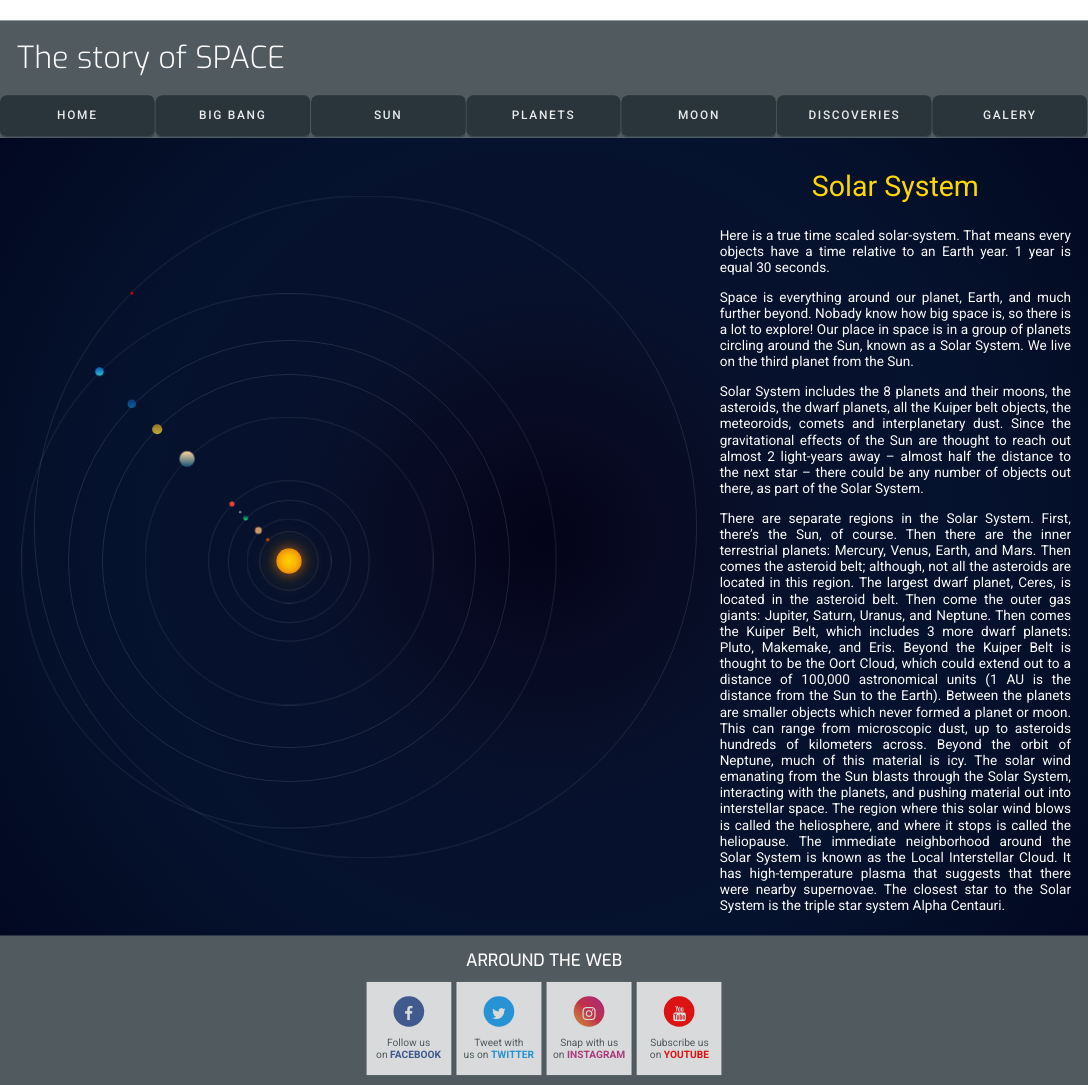
Repository: OlaQla/First-Milestones-Project
Page: index.html
The author's editor kept a record of every edit. The page is drawn from the files as they stood at one moment, then again after the next edit.
The browser window is 1280 px wide. The pictures show the whole page, at 85% of full size.
Some web libraries are served in a nearby version.

Above is the page before.

After the next edit:
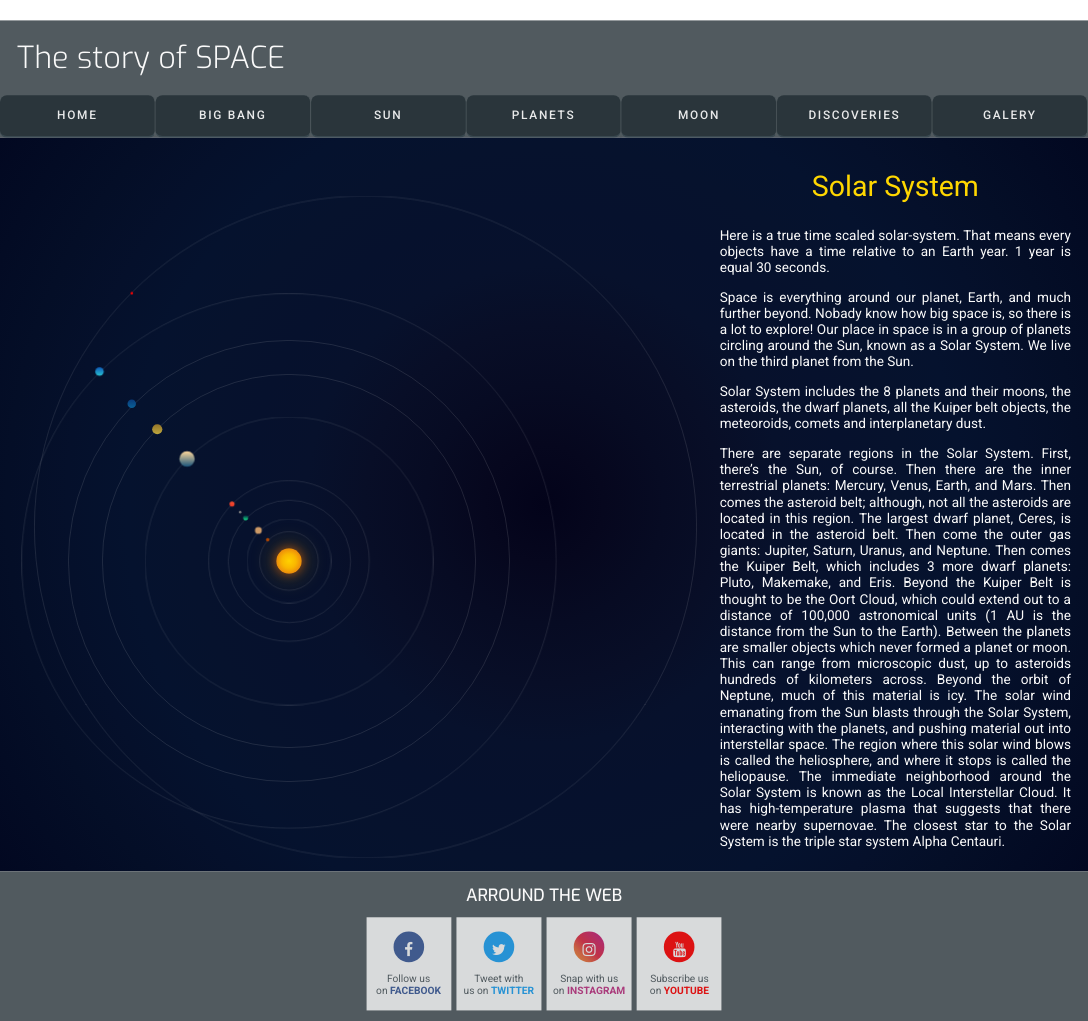
The edit:
--- a/index.html
+++ b/index.html
@@ -114,9 +114,9 @@
                 <p>Here is a true time scaled solar-system. That means every objects have a time relative to an Earth year. 1 year is equal 30 seconds.</p>
                 <p>Space is everything around our planet, Earth, and much further beyond. Nobady know how big space is, so there is a lot to explore! Our place in space is in a group of planets circling around the Sun, known as a Solar System. We live on the third planet from the Sun.
 
-                   <p>Solar System includes the 8 planets and their moons, the asteroids, the dwarf planets, all the Kuiper belt objects, the meteoroids, comets and interplanetary dust. Since
-                    the gravitational effects of the Sun are thought to reach out almost 2 light-years away – almost half the distance to the next star – there could be any number of objects out there, as part of the Solar System.</p>
+                   <p>Solar System includes the 8 planets and their moons, the asteroids, the dwarf planets, all the Kuiper belt objects, the meteoroids, comets and interplanetary dust.
 
+</p>
                 <p>
                     There are separate regions in the Solar System. First, there’s the Sun, of course. Then there are the inner terrestrial planets: Mercury, Venus, Earth, and Mars. Then comes the asteroid belt; although, not all the asteroids are located in this region.
                     The largest dwarf planet, Ceres, is located in the asteroid belt. Then come the outer gas giants: Jupiter, Saturn, Uranus, and Neptune. Then comes the Kuiper Belt, which includes 3 more dwarf planets: Pluto, Makemake, and Eris. Beyond
